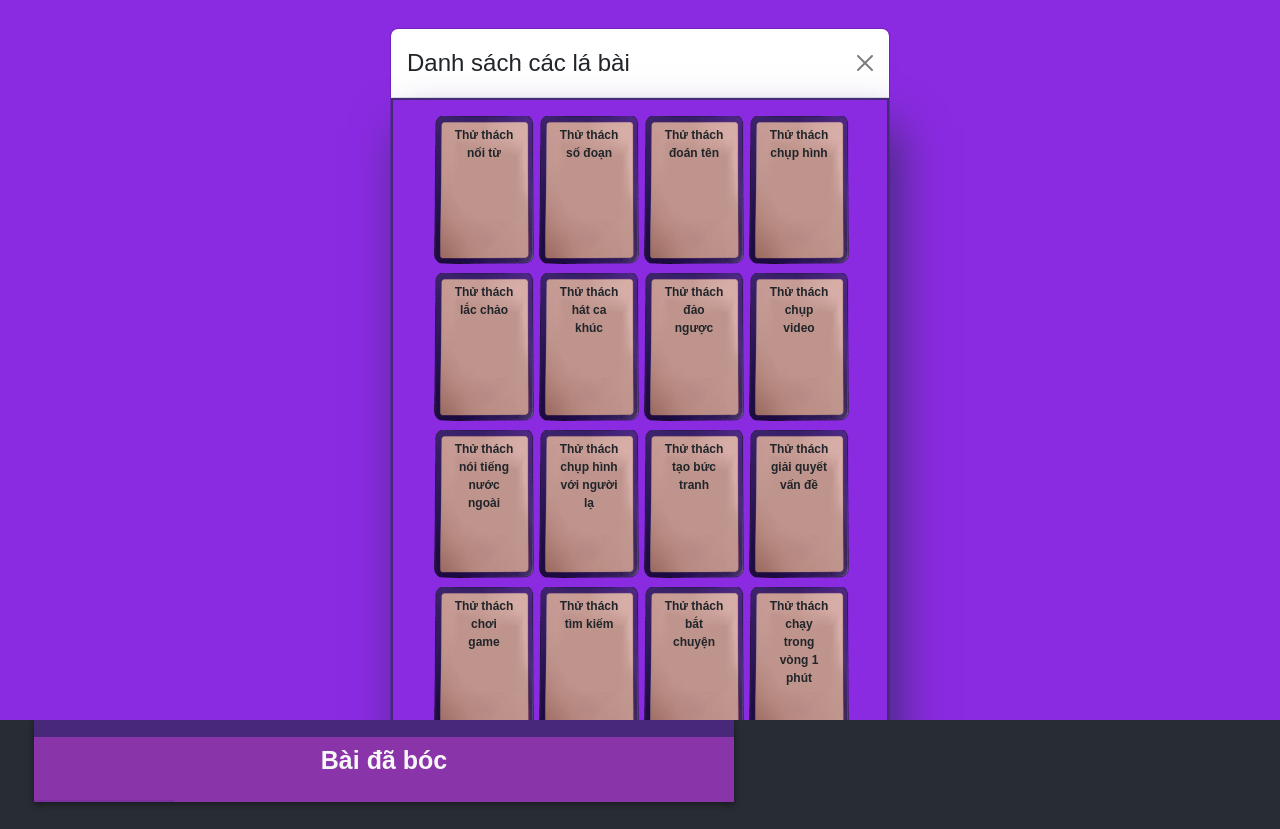
Repository: hivongseth2/drinkGame1
Page: / (app in my-app/)
The author's editor kept a copy of each file at every save. The page is drawn from the files as they stood at one save, then again after the next save.
The browser window is 1280 px wide. The pictures show the whole page.
An inner scrolling area shows only its first screen. The project was rebuilt for these pictures with package versions that can differ from the ones it lists, and the page was loaded fresh each time.

Above is the page before, as saved 2023-01-19 15:30:02.

After the next save:
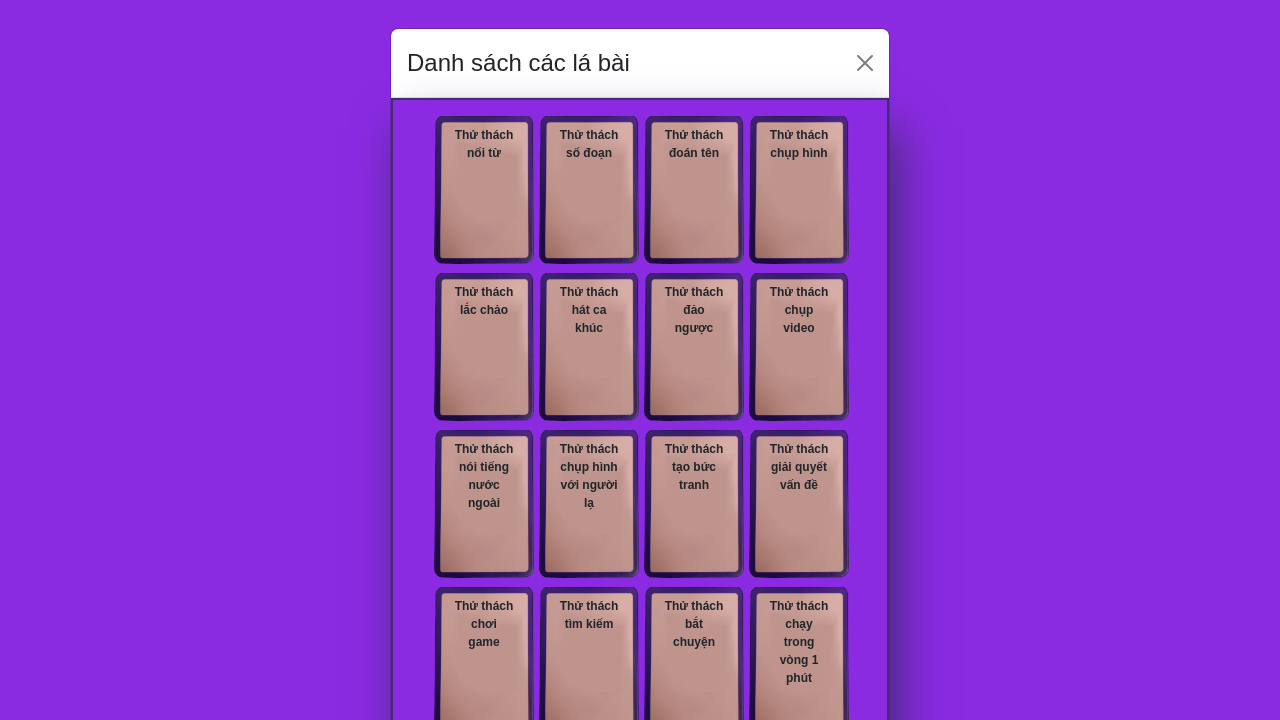
Saved 2 min 42 s later.
--- a/my-app/src/views/App.js
+++ b/my-app/src/views/App.js
@@ -15,7 +15,7 @@ function App() {
           Edit <code>src/App.js</code> and save to reload.
         </p> */}
         <div className="content">
-          <GameMain />
+          {/* <GameMain /> */}
           <Control />
         </div>
       </header>
